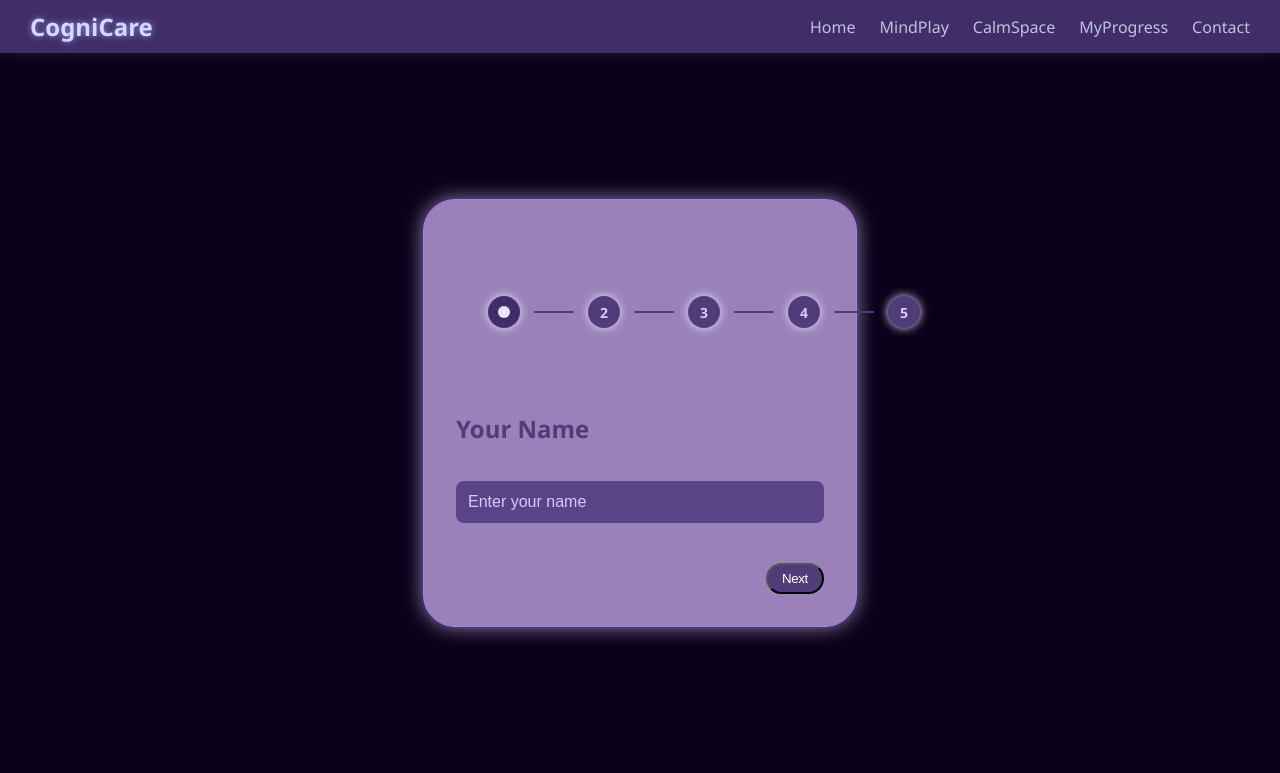
Repository: rujularaut/CogniCare
Page: /signup
The author's editor kept a copy of each file at every save. The page is drawn from the files as they stood at one save, then again after the next save.
The browser window is 1280 px wide. The pictures show the whole page.
The project was rebuilt for these pictures with package versions that can differ from the ones it lists, and the page was loaded fresh each time. Also part of the build but not shown: src/components/Welcome.css, src/components/Welcome.js, src/components/Particles.css, src/components/Particles.js, src/components/Meditation.css, src/components/Meditation.js, src/components/Signup.css, src/components/Signup.js and 2 more.

Above is the page before, as saved 2025-06-24 15:31:23.

After the next save:
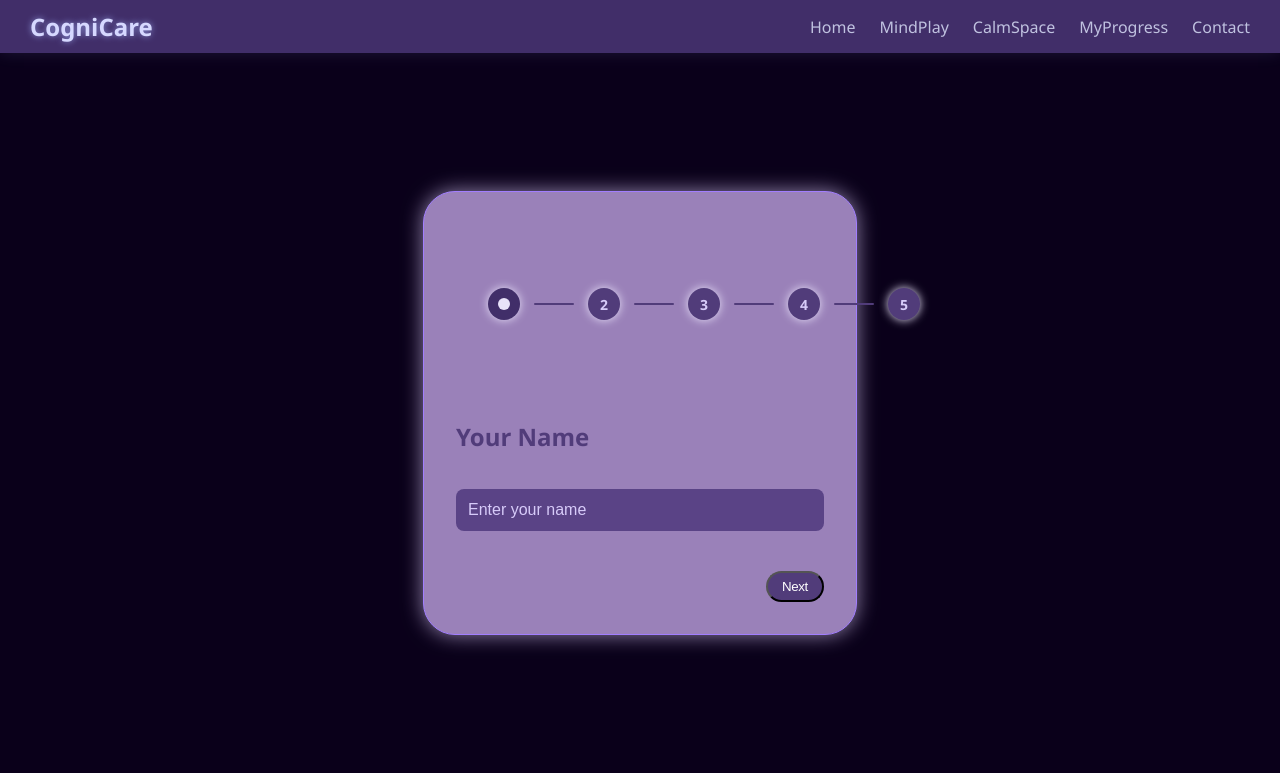
Saved 5 s later.
--- a/src/components/Stepper.css
+++ b/src/components/Stepper.css
@@ -38,7 +38,7 @@
   width: 100%;
   align-items: center;
   justify-content: flex-start; /* 🔁 this aligns them to the left */
-  padding: 6rem 3rem 4rem 4rem; /* 🔧 adjust as needed: top, right, bottom, left */
+  padding: 6rem 3rem 5rem 4rem; /* 🔧 adjust as needed: top, right, bottom, left */
   gap: 0.1rem; /* adds spacing between circles */
 }
 
